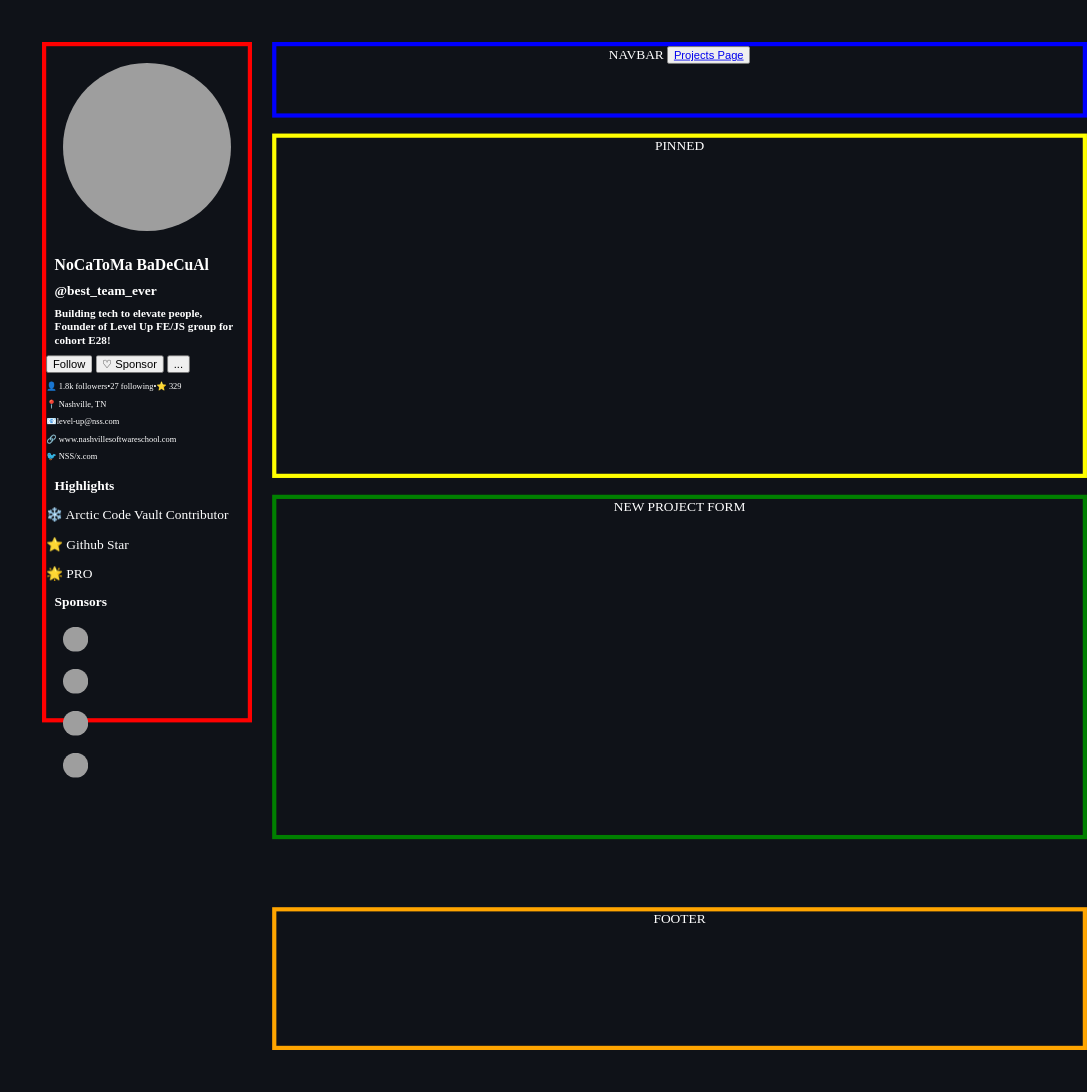
Repository: nss-evening-cohort-28/nss-evening-cohort-28-classroom-gitsub-Q1-project-gitsub
Page: index.html
An editor plug-in stored every save of this project. The page is shown before and after the next save, followed by the edit.
The browser window is 1280 px wide. The page is 1294 px wide, so the pictures cover 1294 px, including what lies to the right of the window. The pictures show the whole page, at 84% of full size.
Pictures or frames that could not be fetched are drawn as grey boxes.

Above is the page before, as saved 2024-08-07 20:54:36.

### index.html
<!DOCTYPE html>
<html lang="en">
<head>
    <meta charset="UTF-8">
    <meta name="viewport" content="width=device-width, initial-scale=1.0">
    <link rel="stylesheet" href="main.css">
    <title>Document</title>
</head>
<body>
    <div class="flexContainer">
        <div class="profile">
          <div class="top-section">
            <img src="https://media.tenor.com/GliBTZeL1kQAAAAM/%D0%BC%D0%BE%D0%B9-%D0%B4%D0%B5%D0%B4.gif" class="card-img-top" >
            <div class="profile-info">
            <h3>NoCaToMa BaDeCuAl</h3>
            <h4>@best_team_ever</h4>
            <h5>Building tech to elevate people, Founder of Level Up FE/JS group for cohort E28!</h5>
            </div>
            <div class="profile-section-buttons">
              <div class="d-grid gap-2 d-md-block">
                <button class="btn btn-primary" type="button">Follow</button>
                <button class="btn btn-primary" type="button">♡ Sponsor</button>
                <button class="btn btn-primary" type="button">...</button>
              </div>
            </div>
            <div class="profile-body">
              <p>👤 1.8k followers•27 following•⭐️ 329</p>
              <p>📍 Nashville, TN</p>
              <p>📧level-up@nss.com</p>
              <p>🔗 www.nashvillesoftwareschool.com</p>
              <p>🐦 NSS/x.com</p>
            </div>
          </div>
          <div class="middle-section">
            <h4>Highlights</h4>
            <p>❄️ Arctic Code Vault Contributor</p>
            <p>⭐️ Github Star</p>
            <p>🌟 PRO</p>
          </div>
          <div class="bottom-section">
            <h4>Sponsors</h4>
            <img src="https://avatars.githubusercontent.com/u/31261276?s=100&v=4" class="sponsor-pic">
            <img src="https://avatars.githubusercontent.com/u/137121714?s=100&v=4" class="sponsor-pic">
            <img src="https://avatars.githubusercontent.com/u/173638175?s=100&v=4" class="sponsor-pic">
            <img src="https://avatars.githubusercontent.com/u/107224963?s=100&v=4" class="sponsor-pic">
          </div>
        </div>
        <div class="flexContainer">
            <div class="navBar">NAVBAR
              <button><a href="projects.html">
                Projects Page
              </a></button>
            </div>
            <div class="pinned">PINNED</div>
            <div class="newProject">NEW PROJECT FORM</div>
            <div class="footer">FOOTER</div>
        </div>
    </div>
    <script src="main.js"></script>
</body>
</html>

### main.css
body {
    background-color: #0F1218;
    text-align: center;
    margin: 50px;
    width: 1200px;
    color: white;
}

.flexContainer {
    display: flex;
    flex-wrap: wrap;
    flex-direction: column;
    max-width: 75rem;
    height: 75rem;
    gap: 2%;
}

.profile {
    border: 5px solid red;
    width: 15rem;
    height: 50rem;
    text-align: left;

}

.navBar {
    border: 5px solid blue;
    width: 60rem;
    height: 5rem;
}

.pinned {
    border: 5px solid yellow;
    width: 60rem;
    height: 25rem;
    margin-top: 2%;
}

.newProject {
    border: 5px solid green;
    width: 60rem;
    height: 25rem;
    margin-top: 2%;
}

.footer {
    border: 5px solid orange;
    width: 60rem;
    height: 10rem;
    margin-top: auto;
    align-self: flex-end;
}

#footerContainer {
    display: flex;
    align-self: flex-end;

}

/* Noah Styling: Profile Section Start*/
h3, h4, h5 {
    margin: 10px;
}

.top-section {
    display: flex;
    flex-wrap: wrap;
    justify-content: flex-start;
    margin: 0px;
}

.card-img-top {
    display: flex;
    flex-wrap: wrap;
    justify-content: space-around;
    border-radius: 50%;
    height: 200px;
    width: 200px;
    margin: 20px;
  }

  .sponsor-pic {
    display: flex;
    flex-wrap: wrap;
    justify-content: space-around;
    border-radius: 50%;
    height: 30px;
    width: 30px;
    margin: 20px;
  }

  .profile-body {
    font-size: 10px;
  }
/* Noah Styling: Profile Section End */

Loaded but not shown: main.js (no copy from this time; the picture is the same without it)

After the next save:
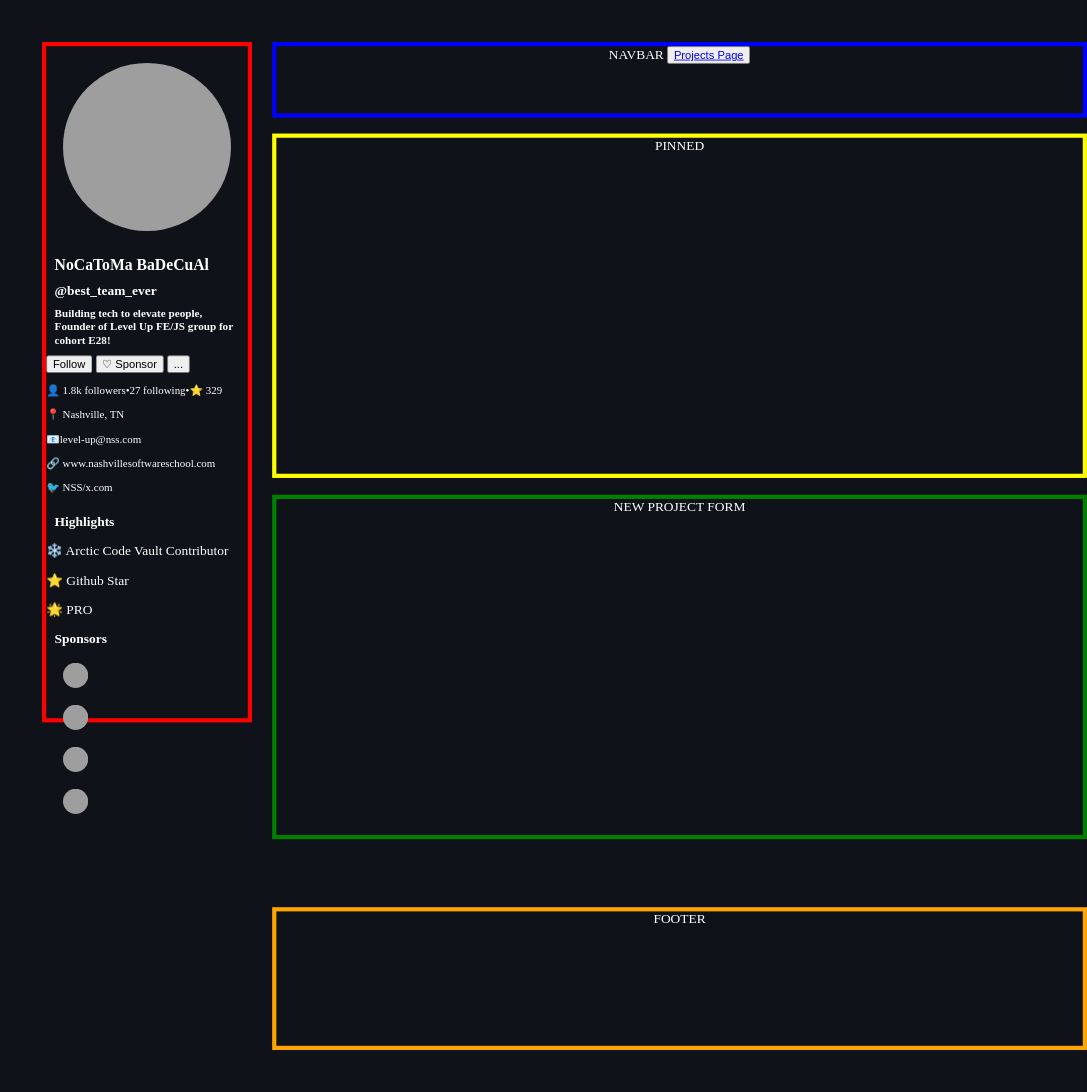
Saved 12 s later.
--- a/main.css
+++ b/main.css
@@ -90,6 +90,6 @@
   }
 
   .profile-body {
-    font-size: 10px;
+    font-size: small;
   }
 /* Noah Styling: Profile Section End */
